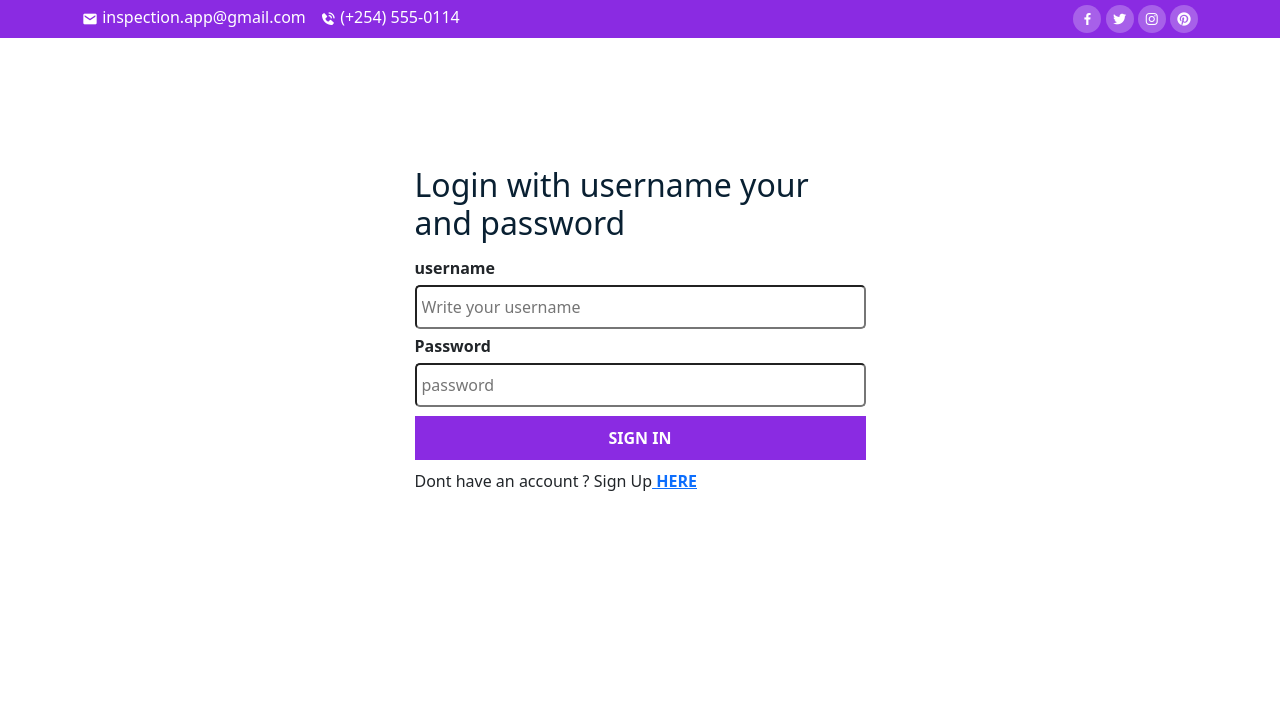
Repository: NDISHAW/Inspectionapp-rails
Page: public/signIn.html
An editor plug-in stored every save of this project. The page is shown before and after the next save, followed by the edit.
The browser window is 1280 px wide. The pictures show the whole page.
The page's requests for data from a server got no answer.

Above is the page before, as saved 2022-10-10 02:50:26.

After the next save:
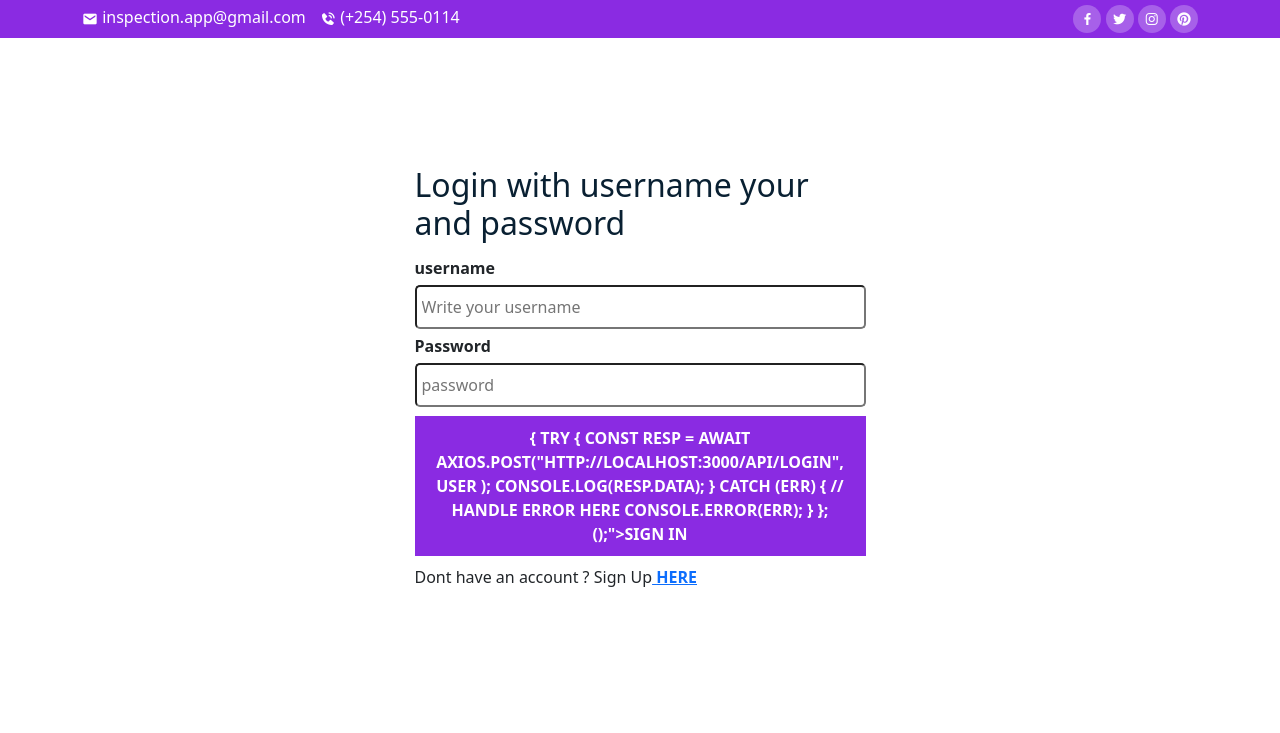
Console error (its wording comes from the project's code and is left out).
Saved 6 s later.
--- a/public/signIn.html
+++ b/public/signIn.html
@@ -61,7 +61,23 @@
             </div>
 
             <!-- Sign Up button -->
-            <button id="submit-btn" onclick="send();">Sign In</button>
+            <button id="submit-btn" onclick="const user = {
+    username: document.getElementById("username").value,
+    password: document.getElementById("password").value
+};
+
+const sendPostRequest = async () => {
+  try {
+    const resp = await axios.post("http://localhost:3000/api/login",
+        user
+    );
+
+    console.log(resp.data);
+  } catch (err) {
+    // Handle Error Here
+    console.error(err);
+  }
+};();">Sign In</button>
             <!-- Sign In option -->
             <p>Dont have an account ?</p>
             <span

After the save that followed:
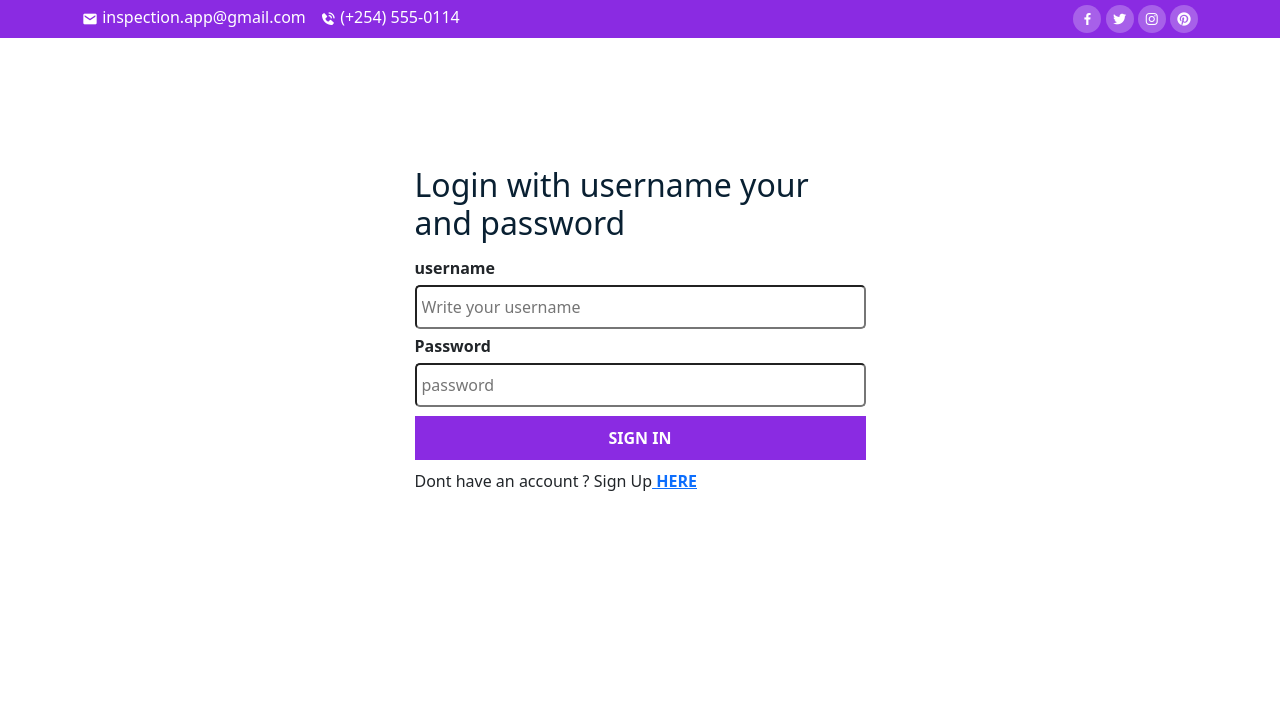
Console error (its wording comes from the project's code and is left out).
Saved 4 s later.
--- a/public/signIn.html
+++ b/public/signIn.html
@@ -61,23 +61,7 @@
             </div>
 
             <!-- Sign Up button -->
-            <button id="submit-btn" onclick="const user = {
-    username: document.getElementById("username").value,
-    password: document.getElementById("password").value
-};
-
-const sendPostRequest = async () => {
-  try {
-    const resp = await axios.post("http://localhost:3000/api/login",
-        user
-    );
-
-    console.log(resp.data);
-  } catch (err) {
-    // Handle Error Here
-    console.error(err);
-  }
-};();">Sign In</button>
+            <button id="submit-btn" onclick="();">Sign In</button>
             <!-- Sign In option -->
             <p>Dont have an account ?</p>
             <span
